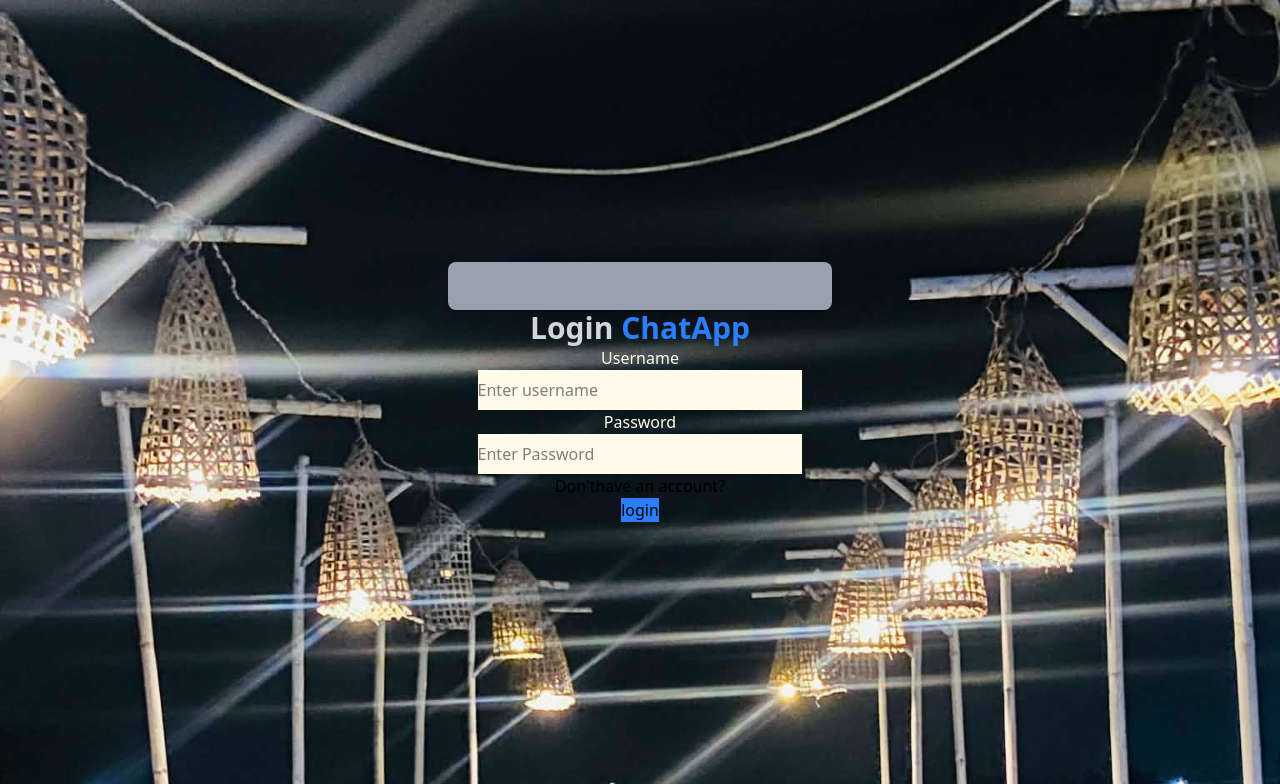
Repository: ridhukhan/chatapp
Page: / (app in frontend/)
These files come from the project's save history. The page is drawn as it stood at one moment and after the next save; the edit follows.
The browser window is 1280 px wide. The pictures show the whole page.
Backgrounds fixed to the window are drawn as part of the page. The project was rebuilt for these pictures with package versions that can differ from the ones it lists, and the page was loaded fresh each time. Also part of the build but not shown: frontend/vite.config.js.

Above is the page before, as saved 2025-12-25 13:01:58.

### frontend/src/index.css
@import "tailwindcss";


body{

background-image: url("/bg1.jpeg");
background-repeat: no-repeat;
background-size: cover;
background-position: center;
background-attachment: fixed;
}

### frontend/src/App.jsx

import './App.css'
import Login from './Pages/login/Login'

function App() {

  return (
    <div className='p-4 h-screen flex items-center justify-center'>
     <Login/>
    </div>
  )
}

export default App

### frontend/src/Pages/login/Login.jsx
import React from 'react'
import { useState } from 'react'
const Login = () => {
const [username,setUsername]=useState("")
const [password,setPassword]=useState("")


  return (
    <div className='flex flex-col items-center justify-center min-w-96 mx-auto'>

<div className='w-full p-6 rounded-lg shadow-md bg-gray-400 bg-clip-padding backdrop-filter backdrop-blur-lg bg-opacity-0'></div>
<h1 className='text-3xl font-semibold text-center text-gray-300'>
					Login
					<span className='text-blue-500'> ChatApp</span>
				</h1>

<form>

<div>
    <label className='label p-2'>
        <span className='text-base label-text text-amber-50'>Username</span>
    </label>
    <input type="text" placeholder='Enter username'  className='w-full input input-borderd h-10 bg-amber-50'
    value={username}
    onChange={(e)=>setUsername(e.target.value)}

    />
</div>
<div>
    <label className='label p-2'>
        <span className='text-base label-text text-amber-50'>Password</span>
    </label>
    <input type="text" placeholder='Enter Password'  className='w-full input input-borderd h-10 bg-amber-50'
    value={password}
    onChange={(e)=>setPassword(e.target.value)}

    />
</div>
<a href='#'>{"Don't" }have an account?</a>

<div>
<button className='bg-blue-500'> login</button>

</div>
</form>

    </div>
  )
}

export default Login

Loaded but not shown: frontend/index.html (common file); frontend/src/main.jsx (common file); frontend/src/App.css (common file)

After the next save:
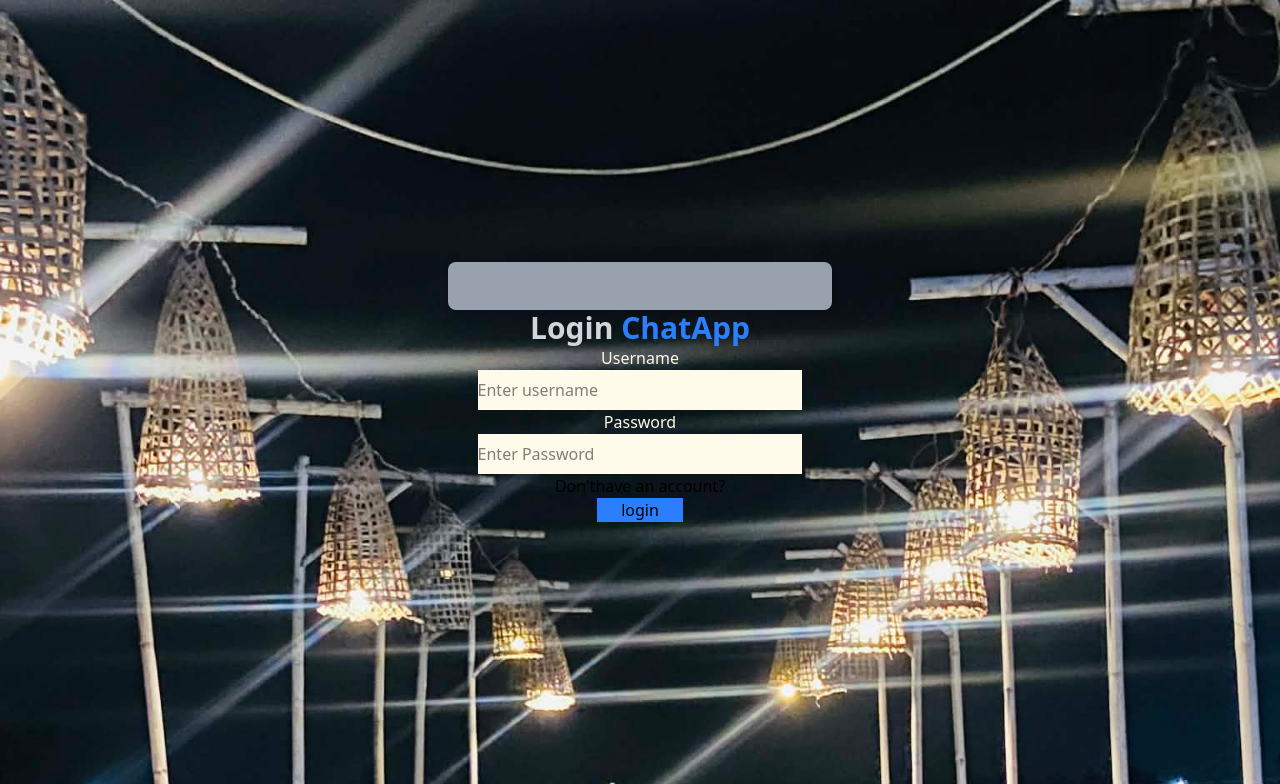
Saved 11 s later.
--- a/frontend/src/Pages/login/Login.jsx
+++ b/frontend/src/Pages/login/Login.jsx
@@ -39,7 +39,7 @@
 <a href='#'>{"Don't" }have an account?</a>
 
 <div>
-<button className='bg-blue-500'> login</button>
+<button className='bg-blue-500 px-6'> login</button>
 
 </div>
 </form>
